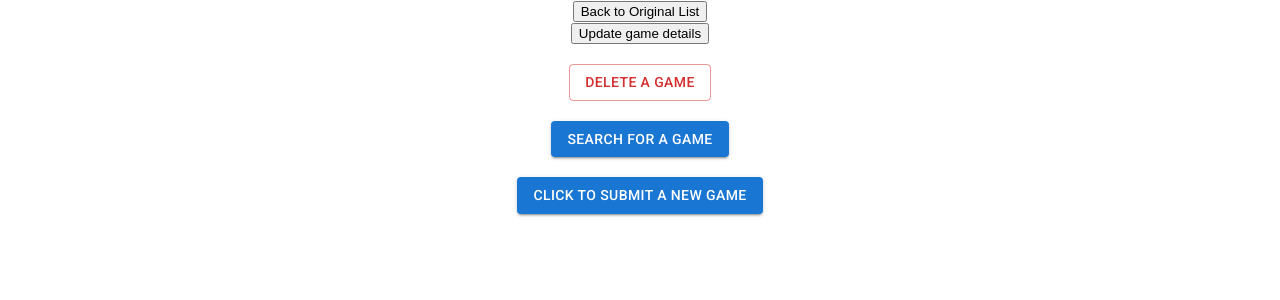
Repository: The-Software-Guild/assessment-2-react-nj10deadend
Page: / (app in Part-2/React-section/frontend/)
These files come from the project's save history. The page is drawn as it stood at one moment and after the next save; the edit follows.
The browser window is 1280 px wide. The pictures show the whole page.
The page's requests for data from a server got no answer. The project was rebuilt for these pictures with package versions that can differ from the ones it lists, and the page was loaded fresh each time. No one was signed in, and anything a server would have sent is missing. Also part of the build but not shown: Part-2/React-section/frontend/src/components/GameCards.js.

Above is the page before, as saved 2021-12-19 16:25:50.

### Part-2/React-section/frontend/public/index.html
<!DOCTYPE html>
<html lang="en">
  <head>
    <meta charset="utf-8" />
    <link rel="icon" href="%PUBLIC_URL%/favicon.ico" />
    <meta name="viewport" content="width=device-width, initial-scale=1" />
    <meta name="theme-color" content="#000000" />
    <meta name="viewport" content="initial-scale=1, width=device-width" />
    <meta
      name="description"
      content="Web site created using create-react-app"
    />
    <link rel="apple-touch-icon" href="%PUBLIC_URL%/logo192.png" />
    <!--
      manifest.json provides metadata used when your web app is installed on a
      user's mobile device or desktop. See https://developers.google.com/web/fundamentals/web-app-manifest/
    -->
    <link rel="manifest" href="%PUBLIC_URL%/manifest.json" />
    <!--
      Notice the use of %PUBLIC_URL% in the tags above.
      It will be replaced with the URL of the `public` folder during the build.
      Only files inside the `public` folder can be referenced from the HTML.

      Unlike "/favicon.ico" or "favicon.ico", "%PUBLIC_URL%/favicon.ico" will
      work correctly both with client-side routing and a non-root public URL.
      Learn how to configure a non-root public URL by running `npm run build`.
    -->
    <link
      rel="stylesheet"
      href="https://fonts.googleapis.com/css?family=Roboto:300,400,500,700&display=swap"
    />
    <link
      rel="stylesheet"
      href="https://fonts.googleapis.com/icon?family=Material+Icons"
    />
    <title>React App</title>
  </head>
  <body>
    <noscript>You need to enable JavaScript to run this app.</noscript>
    <div id="root"></div>
    <!--
      This HTML file is a template.
      If you open it directly in the browser, you will see an empty page.

      You can add webfonts, meta tags, or analytics to this file.
      The build step will place the bundled scripts into the <body> tag.

      To begin the development, run `npm start` or `yarn start`.
      To create a production bundle, use `npm run build` or `yarn build`.
    -->
  </body>
</html>

### Part-2/React-section/frontend/src/index.css
body {
  margin: 0;
  font-family: -apple-system, BlinkMacSystemFont, 'Segoe UI', 'Roboto', 'Oxygen',
    'Ubuntu', 'Cantarell', 'Fira Sans', 'Droid Sans', 'Helvetica Neue',
    sans-serif;
  -webkit-font-smoothing: antialiased;
  -moz-osx-font-smoothing: grayscale;
}

code {
  font-family: source-code-pro, Menlo, Monaco, Consolas, 'Courier New',
    monospace;
}

.imgs {
  height: 250px;
  width: 250px;
}

### Part-2/React-section/frontend/src/App.js
import './App.css';
import Home from './components/Home';
import AddGameForm from './components/AddGameForm';
import GameSearch from './components/GameSearch';
import UpdateGame from './components/UpdateGame';
import DeleteGame from './components/DeleteGame';
import axios from 'axios';
import {useState, useEffect} from 'react';
import Container from '@mui/material/Container';

// import {Container} from '@mui/material';
// import Button from '@mui/material/Button';
// import Typography from '@mui/material/Typography';

function App() {

  const [gameData, setGameData] = useState([]);

  function getFetchGameServer () {
    axios.get(`http://localhost:8080/allGames`)
      .then(res => {
        setGameData(res.data)
      })

  }

  useEffect(getFetchGameServer, []);

  return (
    // <div className="App">
    <Container className="App">

      <button onClick={getFetchGameServer}>Back to Original List</button>
      <UpdateGame getFetchGameServer={getFetchGameServer}/>
      <br></br>
      <DeleteGame getFetchGameServer={getFetchGameServer} />
      <br></br>
      <GameSearch setGameData={setGameData}/>
      <br></br>
      <AddGameForm setGameData={setGameData}/>


      <Home gameData={gameData}/>

    </Container>

  );
}

export default App;

### Part-2/React-section/frontend/src/components/Home.js
import GameCards from "./GameCards";


function Home ({gameData}) {

    const renderGameData = gameData.map(eachGame => {
        // console.log(eachGame._id);
        return (
            <GameCards key={eachGame._id} eachGame={eachGame} />
        )
    })
    return (
        <div>
            {renderGameData}

        </div>
    )
}

export default Home;

### Part-2/React-section/frontend/src/components/AddGameForm.js
import {useState, useEffect} from 'react';
import axios from 'axios';
import Button from '@mui/material/Button';

function AddGameForm ({setGameData}) {

    const [clicked, setClicked] = useState(false);
    const [submitted, setSubmitted] = useState(false);
    const [name, setName] = useState("");
    const [img, setImg] = useState("");
    const [crossPlatform, setCrossPlatform] = useState(false);
    const [price, setPrice] = useState(0);
    const [genres, setGenres] = useState(["", "", ""]);
    const buttonText = clicked ? "Hide Submission Form" : "Click to Submit a New Game"

    function postRequest() {
        return axios.post('http://localhost:8080/allGames', {
            name: name,
            img: img,
            cross_platform: crossPlatform,
            price: price,
            genres: genres
        })
        .then(function (response) {
            console.log(response);
            return response.data;
        })
        .catch(function (error) {
            console.log(error);
            return null;
        });
    }

    async function onSubmit(event) {
        event.preventDefault();
        setName("");
        setImg("");
        setCrossPlatform("");
        setPrice("");
        setGenres(["", "", ""]);
        const newGame = await postRequest();
        console.log(newGame);
        setGameData((oldInfo)=> {
            console.log(oldInfo)
            return [...oldInfo, newGame]
        })
    }

    return (
        <div>
            <Button variant="contained" onClick={() => {setClicked(!clicked)}}>{buttonText}</Button>
            {clicked && (
                <form onSubmit={onSubmit}>
                    <div>
                        <label for="name">Name</label>
                        <br></br>
                        <input type="text" name="name" placeholder="Enter name" id="name"
                        value={name} onChange={(event) => {setName(event.target.value)}}/>
                    </div>
                    <div>
                        <label for="img">Image Url</label>
                        <br></br>
                        <input type="text" name="img" placeholder="Enter image URL" id="img"
                        value={img} onChange={(event) => {setImg(event.target.value)}}/>
                    </div>
                    <div>
                        <label for="cross platform">Cross Platform</label>
                        <br></br>
                        <input type="text" name="cross platform" placeholder="Enter true or false" id="cross_platform"
                        value={crossPlatform} onChange={(event) => {setCrossPlatform(event.target.value)}}/>
                    </div>
                    <div>
                        <label for="price">Price</label>
                        <br></br>
                        <input type="text" name="price" placeholder="Enter price of game" id="price"
                        value={price} onChange={(event) => {setPrice(event.target.value)}} />
                    </div>
                    <div>
                        <label for="genres">Genres</label>
                        <br></br>
                        <input type="text" name="genre1" placeholder="Enter first genre category" id="genre1"
                        value={genres[0]} onChange={(event) => {setGenres([event.target.value, genres[1], genres[2]])}}/>
                        <br></br>
                        <input type="text" name="genre2" placeholder="Enter second genre category" id="genre2"
                        value={genres[1]} onChange={(event) => {setGenres([genres[0], event.target.value, genres[2] ])}}/>
                        <br></br>
                        <input type="text" name="genre3" placeholder="Enter third genre category" id="genre3"
                        value={genres[2]} onChange={(event) => {setGenres([genres[0], genres[1], event.target.value])}}/>
                    </div>
                    <Button variant="contained" type="submit">Submit new Game</Button>

                </form>
            )}


        </div>
    )
}

export default AddGameForm;

### Part-2/React-section/frontend/src/components/GameSearch.js
import {useState} from 'react';
import axios from 'axios';
import Button from '@mui/material/Button';


function GameSearch ({setGameData}) {

    const [searchId, setSearchId] = useState("");
    const [clicked, setClicked] = useState(false);

    const searchGameText = clicked ? "Hide Search Form" : "Search for a Game"

    function getFetchOneGame () {
        axios.get(`http://localhost:8080/allGames/${searchId}`)
          .then(res => {
            setGameData([res.data])
        })

    }

    function onSearch(event) {
        event.preventDefault()
        setSearchId("");
        getFetchOneGame();
    }

    return (
        <div>
            <Button variant="contained" onClick={() => {setClicked(!clicked)}}>{searchGameText}</Button>
            {clicked && (
                <form onSubmit={onSearch}>
                    <input type="text" placeholder="Search for game by id..."
                    onChange={(event) => {setSearchId(event.target.value)}}
                    value = {searchId}
                    />
                    <input type="submit" value="Submit" />
                </form>
            )}
        </div>
    )
}

export default GameSearch;

### Part-2/React-section/frontend/src/components/UpdateGame.js
import {useState} from 'react';
import axios from 'axios';
import Button from '@mui/material/Button';
import SendIcon from '@mui/icons-material/Send';


function UpdateGame ({getFetchGameServer}) {
    const [name, setName] = useState("");
    const [img, setImg] = useState("");
    const [crossPlatform, setCrossPlatform] = useState("");
    const [price, setPrice] = useState("");
    const [genres, setGenres] = useState(["", "", ""]);

    const [clicked, setClicked] = useState(false);
    const [searchId, setSearchId] = useState("");

    const updateButtonText = clicked ? "Hide Update Form" : "Update game details"

    async function patchRequest () {
        await axios.patch(`http://localhost:8080/allGames/update/${searchId}`,  {
            name: name,
            img: img,
            cross_platform: crossPlatform,
            price: price,
            genres: genres
        })
    }

    async function updateChanges (event) {
        event.preventDefault();
        await patchRequest();
        getFetchGameServer();
        setSearchId("");
        setName("");
        setImg("");
        setCrossPlatform("");
        setPrice("");
    }
    return (
        <div>
            <button onClick={() => {setClicked(!clicked)}}>{updateButtonText}</button>
                {clicked && (
                    <div>
                        <form onSubmit={updateChanges}>
                            <div>
                                <h2>Enter Game ID</h2>
                                <label for="game-id">Game ID</label>
                                <br></br>
                                <input name="game-id" type="text" placeholder="Enter Game ID"
                                onChange={(event) => {setSearchId(event.target.value)}}
                                value = {searchId}
                                />
                            </div>
                            <div>
                                <label for="name">Name</label>
                                <br></br>
                                <input type="text" name="name" placeholder="Enter name" id="name"
                                value={name} onChange={(event) => {setName(event.target.value)}}/>
                            </div>
                            <div>
                                <label for="img">Image Url</label>
                                <br></br>
                                <input type="text" name="img" placeholder="Enter image URL" id="img"
                                value={img} onChange={(event) => {setImg(event.target.value)}}/>
                            </div>
                            <div>
                                <label for="cross platform">Cross Platform</label>
                                <br></br>
                                <input type="text" name="cross platform" placeholder="Enter true or false" id="cross_platform"
                                value={crossPlatform} onChange={(event) => {setCrossPlatform(event.target.value)}}/>
                            </div>
                            <div>
                                <label for="price">Price</label>
                                <br></br>
                                <input type="text" name="price" placeholder="Enter price of game" id="price"
                                value={price} onChange={(event) => {setPrice(event.target.value)}} />
                            </div>
                            <div>
                                <label for="genres">Genres</label>
                                <br></br>
                                <input type="text" name="genre1" placeholder="Enter first genre category" id="genre1"
                                value={genres[0]} onChange={(event) => {setGenres([event.target.value, genres[1], genres[2]])}}/>
                                <br></br>
                                <input type="text" name="genre2" placeholder="Enter second genre category" id="genre2"
                                value={genres[1]} onChange={(event) => {setGenres([genres[0], event.target.value, genres[2] ])}}/>
                                <br></br>
                                <input type="text" name="genre3" placeholder="Enter third genre category" id="genre3"
                                value={genres[2]} onChange={(event) => {setGenres([genres[0], genres[1], event.target.value])}}/>
                            </div>
                            <Button variant="contained" endIcon={<SendIcon />} type="submit">Submit Changes</Button>

                        </form>
                    </div>
                )}


        </div>
    )
}

export default UpdateGame;

### Part-2/React-section/frontend/src/components/DeleteGame.js
import axios from 'axios';
import {useState} from 'react';
import Button from '@mui/material/Button';
import DeleteIcon from '@mui/icons-material/Delete';

function DeleteGame ({getFetchGameServer}) {

    const [searchId, setSearchId] = useState("");
    const [clicked, setClicked] = useState(false);

    const deleteText = clicked ? "Hide Delete Form" : "Delete A Game"

    async function deleteGame () {
        await axios.delete(`http://localhost:8080/allGames/delete/${searchId}`)
    }

    async function onSubmit (event) {
        event.preventDefault();
        await deleteGame();
        getFetchGameServer();
        setSearchId("");

    }
    return (
        <div>
            <Button variant="outlined" color="error" onClick={() => {setClicked(!clicked)}}>{deleteText}</Button>
            {clicked && (
                <form onSubmit={onSubmit}>
                    <div>
                        <input name="game-id" type="text" placeholder="Enter Game ID"
                        onChange={(event) => {setSearchId(event.target.value)}}
                        value = {searchId}
                        />
                    </div>
                    <div>
                        <Button type="submit" variant="outlined" startIcon={<DeleteIcon />}>Delete Game</Button>
                    </div>
                </form>
            )}

        </div>
    )
}
export default DeleteGame;

Loaded but not shown: Part-2/React-section/frontend/src/index.js (common file); Part-2/React-section/frontend/src/reportWebVitals.js (common file); Part-2/React-section/frontend/src/App.css (common file)

After the next save:
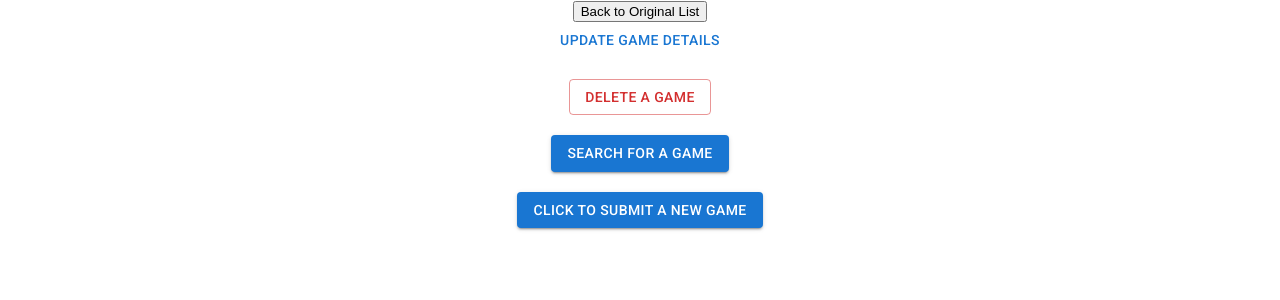
Saved 22 s later.
--- a/Part-2/React-section/frontend/src/components/UpdateGame.js
+++ b/Part-2/React-section/frontend/src/components/UpdateGame.js
@@ -38,7 +38,7 @@ function UpdateGame ({getFetchGameServer}) {
     }
     return (
         <div>
-            <button onClick={() => {setClicked(!clicked)}}>{updateButtonText}</button>
+            <Button onClick={() => {setClicked(!clicked)}}>{updateButtonText}</Button>
                 {clicked && (
                     <div>
                         <form onSubmit={updateChanges}>
